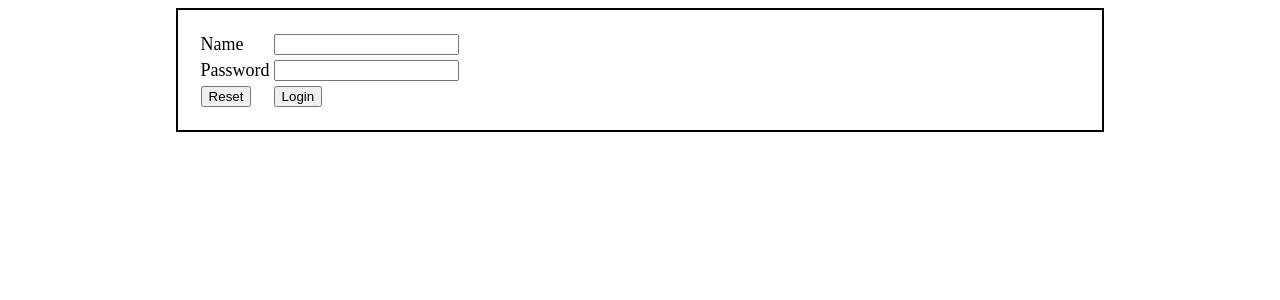
Repository: jks2127/SMS-webApp
Page: sms 1.2/WebContent/index.html
An editor plug-in stored every save of this project. The page is shown before and after the next save, followed by the edit.
The browser window is 1280 px wide. The pictures show the whole page.

Above is the page before, as saved 2021-06-11 12:22:32.

### sms 1.2/WebContent/index.html
<!DOCTYPE html>
<html>
<head>
	<meta charset="ISO-8859-1">
	<title>Student Management System</title>

	<style>
		.container{
		margin: auto;
		width:70%;
		border:2px solid black;
		font-size:18px;
		padding:20px;
		}
	</style>
</head>

<body id="body">
<div class="container">
	<form action="Login" method="POST">
		<table>
			<tr>
				<td> Name </td>
				<td><input type="text" name="user_name"></td>
			</tr>
			<tr>
				<td>Password</td>
				<td><input type="password" name="user_pswd"></td>
			</tr>
			<tr>
				<td><button type="reset">Reset</button></td>
				<td><button type="submit">Login</button></td>
			</tr>
		</table>

	</form>
</div>
</body>
</html>

After the next save:
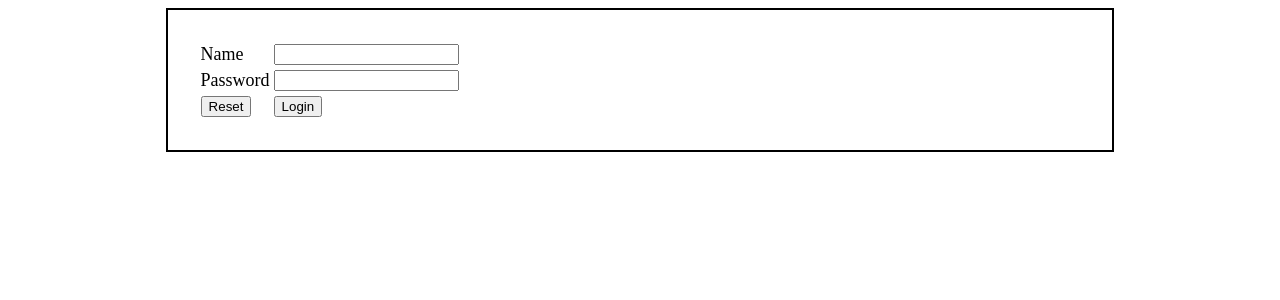
Saved 12 s later.
--- a/sms 1.2/WebContent/index.html
+++ b/sms 1.2/WebContent/index.html
@@ -10,7 +10,7 @@
 		width:70%;
 		border:2px solid black;
 		font-size:18px;
-		padding:20px;
+		padding:30px;
 		}
 	</style>
 </head>
